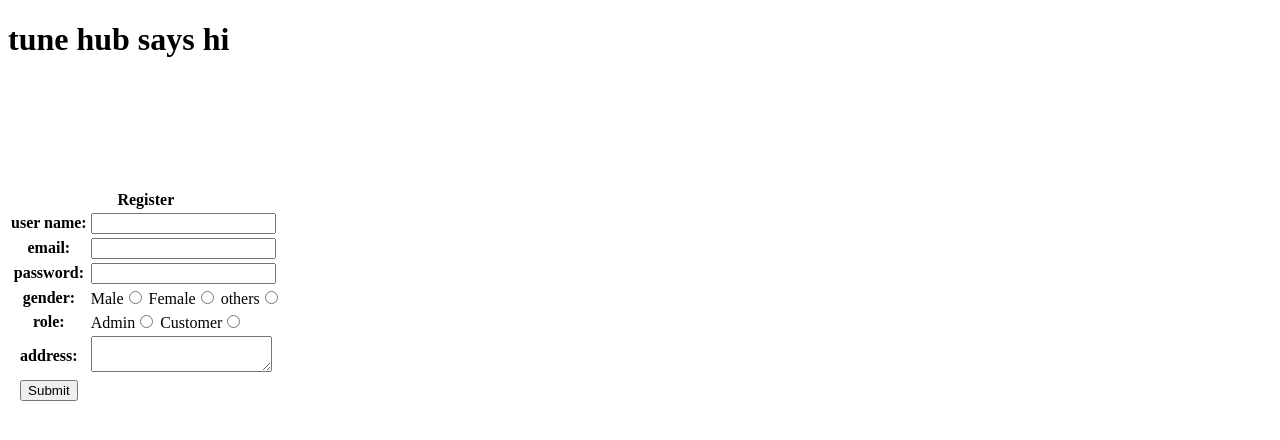
Repository: Anandnand/Music_player-project
Page: http://localhost/index
These files come from the project's save history. The page is drawn as it stood at one moment and after the next save; the edit follows.
The browser window is 1280 px wide. The pictures show the whole page.
The page is this project's Thymeleaf template; nobody is signed in. The template is opened directly, without the code that normally fills it, so the values that code supplies are empty.

Above is the page before, as saved 2024-01-19 07:30:20.

### com.tunehub/src/main/resources/templates/index.html
<!DOCTYPE html>
<html>
<head>
<meta charset="ISO-8859-1">
<title>Insert title here</title>
</head>
<body>
<h1>tune hub says hi </h1>
<table>
<form action="register" method="post">
<h1><mark>
        <tr>
            <th colspan="2">Register</th>
        </tr>
</mark></h1>

 <tr>
<th><label>user name:</label></th>
<td><input type="text" name="username"/></td>
</tr>
<br>

<tr>
<th><label>email:</label></th>
<td><input type="email" name="email" /></td>
</tr>
<br>

<tr>
<th><label>password:</label></th>
<td><input type="password" name="password" /></td>
</tr>
<br>

<tr>
<th><label>gender:</label></th>
<td>Male<input type="radio" name="gender" value="male"/>
Female<input type="radio" name="gender" value="female"/>
others<input type="radio" name="gender" value="others"/>
</td>
</tr>
<br>

<tr>
<th><label>role:</label></th>
<td>Admin<input type="radio" name="role" value="admin"/>
Customer<input type="radio" name="role" value="customer"/>
</td>
</tr>
<br>

<tr>
<th><label>address:</label></th>
<td><textarea name="address"></textarea>
</td>
</tr>
<br>

<tr>
<th><input type="submit" /></th>
</tr>
</form>
</table>
</body>
</html>

After the next save:
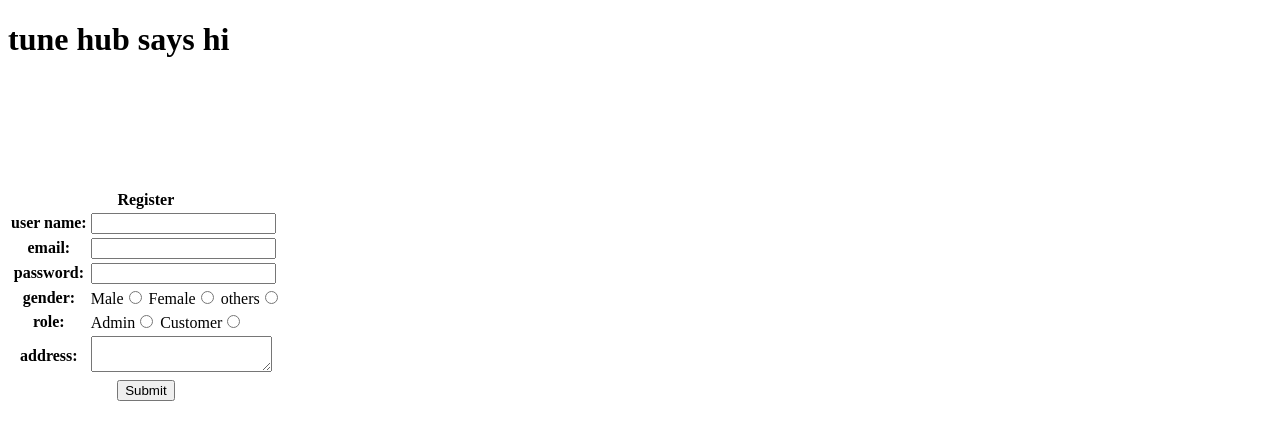
Saved 15 s later.
--- a/com.tunehub/src/main/resources/templates/index.html
+++ b/com.tunehub/src/main/resources/templates/index.html
@@ -57,7 +57,7 @@ Customer<input type="radio" name="role" value="customer"/>
 <br>
 
 <tr>
-<th><input type="submit" /></th>
+<th colspan="2"><input type="submit" /></th>
 </tr>
 </form>
 </table>
